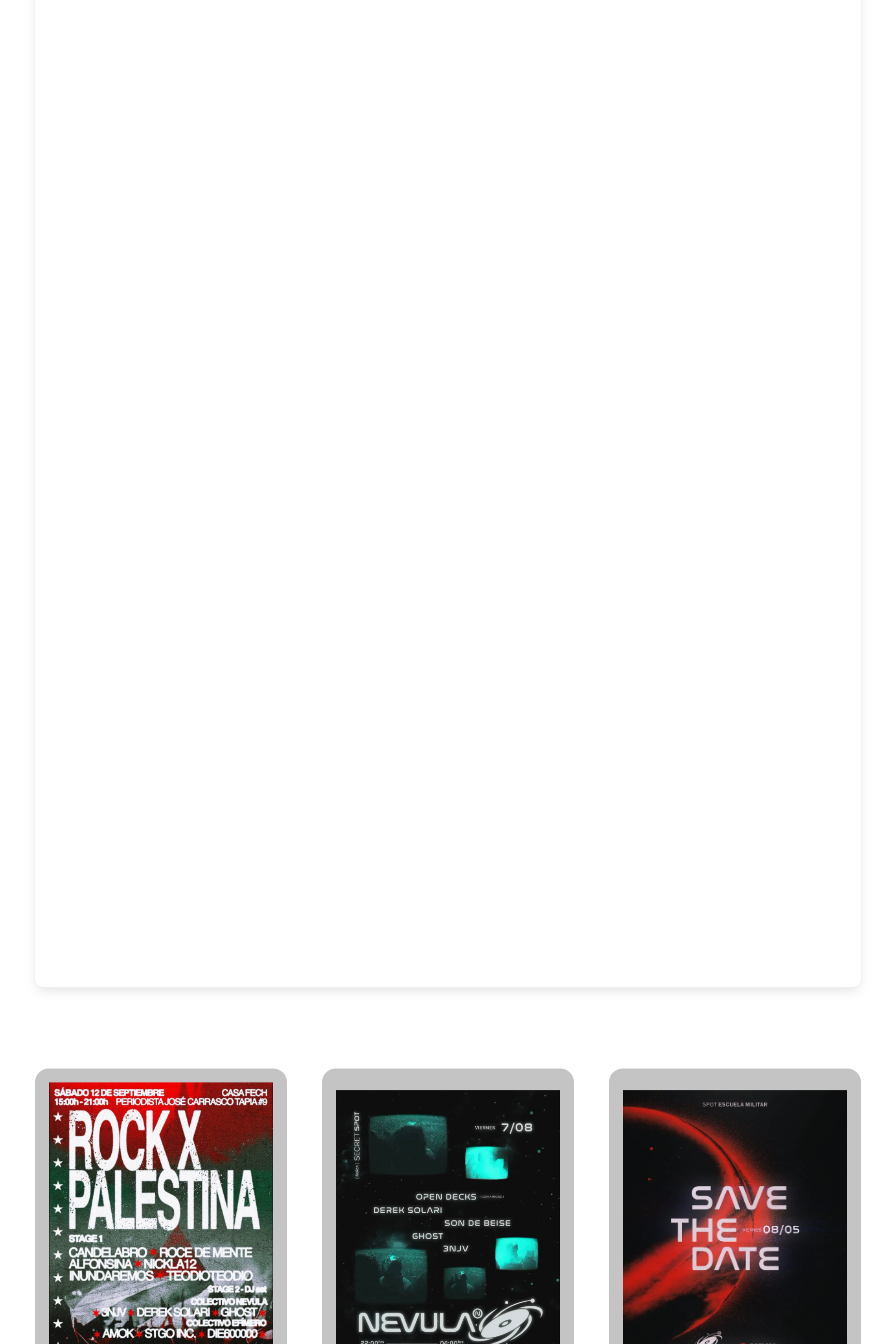
Repository: ChrisMalhue/PaginaNebula
Page: pages/eventos.html
These files come from the project's save history. The page is drawn as it stood at one moment and after a run of saves; the edit follows.
The browser window is 1280 px wide. The pictures show the part of the page from y = 376 to 2296 px (the page is 3323 px tall before and 2171 px after), at 70% of full size.
Pictures or frames that could not be fetched are drawn as grey boxes.

Above is the page before, as saved 2026-09-09 22:07:55.

### pages/eventos.html
<!DOCTYPE html>
<html lang="es">
<head>
    <meta charset="UTF-8">
    <meta name="viewport" content="width=device-width, initial-scale=1.0">
    <title>Eventos</title>
    <link rel="stylesheet" href="../styles/style.css">
    <link rel="stylesheet" href="https://cdn.jsdelivr.net/npm/bulma@1.0.4/css/bulma.min.css">
    <link rel="stylesheet" href="https://cdnjs.cloudflare.com/ajax/libs/font-awesome/6.5.1/css/all.min.css">
</head>
<body>
    <header id ="header"></header>

    <section id="trabajamos">

        <div class="trabajamos-item box mb-4">
                <p class="trabajamos-respuesta is-size-1 has-text-white">
                    En Nevula no improvisamos el viaje: cada evento parte con una órbita clara. Escuchamos tu idea, entendemos la energía que buscas y armamos el set pensando en tu público, no en una fórmula genérica. Llegamos con anticipación, probamos cada equipo y nos aseguramos de que todo esté listo para el despegue. Desde la primera conversación hasta el último track, trabajamos codo a codo contigo para que tu fiesta llegue nítida, potente y sin turbulencias.
                    <br>
                    <br>
                    Nuestro proceso es simple y directo:
                    <br>
                    <br>
                    1) Conocemos tu evento — hablamos contigo sobre el estilo, el público y la vibra que buscas.
                    <br>
                    2) Preparamos el set — seleccionamos música pensada exclusivamente para esa noche.
                    <br>
                    3) Llegamos antes — instalamos y probamos el equipo con tiempo de sobra.
                    <br>
                    4) Hacemos que la fiesta vuele — nos entregamos 100% para que la energía no baje hasta el final.
                </p>
        </div>
    </section>

    <section id="fotos">
        <div>
            <img src="/images/evento6.webp" alt="Evento 6">
            <p>Local: Casa FECH</p>
            <p>Estado: Programado</p>
            <a href="https://pro.byearly.com/"><button>Comprar ticket</button></a>
        </div>

        <div>
            <img src="/images/evento5.webp" alt="Evento 5">
            <p>Local: Secret Spot Ñuñoa</p>
            <p>Estado: Finalizado</p>
        </div>

        <div>
            <img src="/images/evento4.webp" alt="Evento 4">
            <p>Local: Spot Escuela Militar</p>
            <p>Estado: Finalizado</p>
        </div>

        <div>
            <img src="/images/evento3.webp" alt="Evento 3">
            <p>Local: Sala Mistral</p>
            <p>Estado: Finalizado</p>
        </div>

        <div>
            <img src="/images/evento2.webp" alt="Evento 2">
            <p>Local: Scrt Spot Providencia</p>
            <p>Estado: Finalizado</p>
        </div>

        <div>
            <img src="/images/evento1.webp" alt="Evento 1">
            <p>Local: Azotea Los Dominicos</p>
            <p>Estado: Finalizado</p>
        </div>
    </section>

        <section class="agregar box mt-4" id="agregar-evento">
        <div class="contenedor-agregar">

            <div class="campos-inputs">
                <div class="field">
                    <label class="label">Local del evento</label>
                    <div class="control">
                        <input class="input" type="text" id="local_evento" placeholder="Escribe aquí">
                    </div>
                </div>

                <div class="field">
                    <label class="label">Estado</label>
                    <div class="control">
                        <div class="select">
                            <select id="estado_evento">
                                <option value="Programado">Programado</option>
                                <option value="Finalizado">Finalizado</option>
                            </select>
                        </div>
                    </div>
                </div>

                <div class="field">
                    <label class="label">Imagen del evento</label>
                    <div class="control">
                        <input class="input" type="text" id="imagen_evento" placeholder="Pega el link aquí">
                    </div>
                </div>

                <div class="field">
                    <label class="label">Link para comprar entradas</label>
                    <div class="control">
                        <input class="input" type="text" id="link_evento" placeholder="Solo si está Programado">
                    </div>
                </div>
            </div>

            <div class="boton-contenedor">
                <button type="button" class="button is-primary" onclick="agregarEvento()">Agregar Evento</button>
            </div>

        </div>
    </section>
    <footer id="footer-container"></footer>
</body>
<script src="../scripts/script.js"></script>
</html>

### styles/style.css
@import "https://cdn.jsdelivr.net/npm/bulma@1.0.4/css/bulma.min.css";

.custom-navbar {
  /* Lienas encargadas del degradado */
  background: linear-gradient(to right, #000000 0%, #150036 40%, #1c004a 100%) !important;
  width: 100%;
  padding-right: 1.5rem;;
}

header{
  position: sticky;
  top: 0;
  z-index: 100; /* Esto es para que el header siempre quede al frente y no se bugee la pag al scrollear hacia abajo */
}

/* Forzar que las columnas de nebula ocupen todo el ancho */
.custom-navbar .container.columns {
  display: flex !important;
  width: 100%;
  max-width: 100% !important;   /* Esta linea salvo la pagina, estaba mal el header y con esto se centro bien*/
}

/* Seccion del logo a continuacion */

.logo-seccion {
  flex-shrink: 0; /* El shrink hace que el logo no se achique */
  margin-left: 40px;
}

.logo-texto {
  color: #ffffff !important;
  font-size: 1.3rem;
  font-weight: bold;
  display: flex;
  align-items: center;
  gap: 10px;
}

.andlogo{
  width: 80px;
  border-radius: 500px;
}

.menu-seccion {
  display: flex !important;
  justify-content: center !important;
  align-items: center !important;
  flex-grow: 1; /* Esto hace que ocupe todo el espacio entre los links */
  gap: 30px;    /* esto es para el espacio horizontal */
}

.nav-link {
  color: #ffffff !important;
  text-decoration: none;
  font-size: 0.95rem;
  font-weight: 500;
  padding: 5px 0;
  transition: color 0.3s ease;
  white-space: nowrap; /* esto evita que lo largo se separe en 2 lineas */
}

/* Body comienza aqui abajo*/

/* Contenedor, video y texto*/

/* Contenedor: centrado vertical en vez de flex-start, se ve más equilibrado */
.contenedor{
  display: flex;
  align-items: center;
  min-height: 800px;
  gap: 40px;
  padding-top: 60px;
  padding-bottom: 60px;
  background: linear-gradient(to bottom, #000000 0%, #1c004a 35%, #1b0036 70%, #690046 100%) !important;
}

/* Vídeo */
.video-box{
  background-size: cover;
  background-position: center;
  width: 50%;
  height: 700px;
  margin-left: 40px;
  border-radius: 90px;
}

/* Texto alineado a la izquierda, con ancho máximo para que no se disperse */
.texto-box{
  display: flex;
  align-items: flex-start;
  flex-direction: column;
  gap: 24px;
  max-width: 550px;
  padding-right: 40px;
}

/* Título Nevula */
.texto-box h1{
  color: #ffffff;
  font-weight: 700;
  font-size: clamp(2.5rem, 5vw, 4rem);
  letter-spacing: 4px;
  text-transform: uppercase;
  margin: 0;
}

/* Primer párrafo */
.texto-box p {
  color: rgba(255, 255, 255, 0.75);
  font-size: 1.05rem;
  line-height: 1.7;
  margin: 0;
}

/* Segundo párrafo */
.texto-box p:last-of-type {
  color: #ffffff;
  font-weight: 600;
  font-size: 1.15rem;
}

/* Elegirnos */
#elegirnos h2{
  text-align: center;
  margin-top: 20px;
  color: #020202;
  font-weight: 700;
  font-size: clamp(2.5rem, 5vw, 4rem);
  letter-spacing: 4px;
  text-transform: uppercase;
}

#elegirnos-grid{
  display: grid;
  flex-wrap: wrap;
  grid-template-columns: 1fr 1fr 1fr;
  column-gap: 50px;
  row-gap: 50px;
  margin: 50px;
}

#elegirnos-grid img{
  width: 130px;
}

#elegirnos-grid div{
  display: flex;
  flex-direction: column;
  justify-content: space-around;
  align-items: center;
  background-color: #3636364b;
  border-radius: 20px;
  padding: 20px;
}

/* Historial de Eventos */
#fotos{
  display: grid;
  flex-wrap: wrap;
  grid-template-columns: 1fr 1fr 1fr;
  column-gap: 50px;
  row-gap: 50px;
  margin: 50px;
}

#fotos div{
  display: flex;
  flex-direction: column;
  justify-content: space-around;
  align-items: center;
  background-color: #3636364b;
  border-radius: 20px;
  padding: 20px;
}

#fotos div:hover{
  color: white;
  background-color: #240049ab;
  transition: 0.3s;
}

#fotos div button{
  background-color: #300020;
  padding: 10px;
  border-radius: 20px;
}

#fotos div button:hover{
  background-color: #5c003d;
  transition: 0.3s;
}

.trabajamos-item{
  width: 1500px;
}

#trabajamos{
  display: flex;
  align-items: center;
  justify-content: center;
  padding: 50px;
}

.trabajamos-respuesta{
  text-align: justify;
}

/* CSS de footer */
.footer{
  padding: 40px 20px;
}

.andlogo{
  max-width: 120px;
  height: auto;
}

.gap-2{
  gap: 8px;
}

.gap-3{
  gap: 16px;
}

/* Media queries */
@media screen and (max-width: 768px) {
.footer .columns {
  flex-direction: column;
  align-items: center;
  text-align: center;
}



.footer .column {
  margin-left: 0 !important;
  margin-bottom: 1.5rem;
  width: 100%;
}



.footer .is-flex {
  justify-content: center !important;
}

}

### scripts/script.js
// Header

function inyectarHeader(){

    document.getElementById("header").innerHTML = `
    <nav class="custom-navbar py-3">
        <div class="container columns is-vcentered is-mobile m-0">

            <!-- Sección 1: Logotipo (Izquierda) -->
            <section class="column is-narrow p-0 logo-seccion">
                <h1 class="logo-texto">
                  <a href="/index.html">
                    <img class="andlogo" src="/images/logo.webp">
                  </a>
                </h1>
            </section>

            <!-- Sección 2: Enlaces (Centro) -->
            <section class="column is-flex is-justify-content-center p-0 menu-seccion">
                <a class="nav-link is-active" href="../index.html">Home</a>
                <a class="nav-link" href="../index.html#quienes">Quienes somos</a>
                <a class="nav-link" href="../index.html#elegirnos">Por que elegirnos</a>
                <a class="nav-link" href="../pages/eventos.html#trabajamos">Como trabajamos</a>
                <a class="nav-link" href="../pages/eventos.html#fotos">Galeria de eventos</a>
                <a class="nav-link" href="../pages/faqcotiza.html#faq">FAQ</a>
                <a class="nav-link" href="../pages/faqcotiza.html#cotizacion">Cotizacion</a>
            </section>

            <section class="sin_cuenta">
              <a class="nav-link" href="../pages/inicio_secion.html">Iniciar sesion</a>
            </section>

            <section class="con_cuenta">
              <button onclick="cerrarSesion()">Cerrar sesion</button>
            </section>


        </div>
    </nav>`;

    // Aqui vemos si hay alguna sesion creada para despues mosrtar el boton que toque
    const estaLogueado = localStorage.getItem("logueado") === "true";
    const sinCuenta = document.querySelector(".sin_cuenta");
    const conCuenta = document.querySelector(".con_cuenta");

    if (estaLogueado) {
        sinCuenta.style.display = "none";
        conCuenta.style.display = "flex";
    } else {
        sinCuenta.style.display = "flex";
        conCuenta.style.display = "none";
    }

}

// Funciones medias

function recibirDatos(event) {
    event.preventDefault(); // Evita que la página se recargue y se pierda la información

    // Muestra el cuadro nativo con tu mensaje personalizado
    alert("Recibimos tu solicitud, te contactaremos en breve.");

    // Deja todos los campos del formulario completamente vacíos
    event.target.reset();
}

function recibirDatosLogin(event) {
    event.preventDefault();

    const usuarioValido = "admin";
    const contrasenaValida = "1234";

    const form = event.target;
    const usuarioIngresado = document.getElementById("usuario").value;
    const contrasenaIngresada = document.getElementById("contrasena").value;

    if (usuarioIngresado === usuarioValido && contrasenaIngresada === contrasenaValida) {
        localStorage.setItem("logueado", "true");
        window.location.href = "../index.html";
    } else {
        alert("Usuario o contraseña incorrecto");
    }
}

function cerrarSesion() {
    localStorage.removeItem("logueado");
    window.location.href = "../index.html";
}

// Footer

function inyectaFooter(){

  const footerHTML = `
    <footer class="footer has-background-black has-text-white">
    <div class="columns is-vcentered is-justify-content-space-between">
      <div class="column is-narrow">
        <a href="/index.html">
          <img class="andlogo" src="/images/logo.webp">
        </a>
      </div>
      <div class="column is-narrow ml-6">
        <p class="title is-5">¿Necesitas ayuda?</p>
        <br>
        <p class="subtitle is-6"><a class="has-text-current" href="/pages/eventos.html">Como trabajamos</a></p>
        <p class="subtitle is-6"><a class="has-text-current" href="/pages/faqcotiza.html">Preguntas Frecuentes</a></p>
      </div>

      <div class="column is-flex is-justify-content-flex-end">
        <div class="is-flex is-flex-direction-column gap-2">
          <span class="icon-text">
            <span class="icon"><i class="fa-solid fa-house"></i></span>
            <span>Av. Alguna Parte</span>
          </span>
          <span class="icon-text">
            <span class="icon"><i class="fa-solid fa-phone"></i></span>
            <span>+56911111111</span>
          </span>
          <span class="icon-text">
            <span class="icon"><i class="fa-solid fa-envelope"></i></span>
            <span>correo@gmail.com</span>
          </span>
        </div>
      </div>
      <div class="column is-flex is-justify-content-flex-end">
        <div class="is-flex is-flex-direction-row is-align-items-center gap-3">
          <a href="https://www.instagram.com/nevula.scl/" target="_blank">
            <figure class="image is-48x48">
              <img class="is-rounded" src="https://encrypted-tbn0.gstatic.com/images?q=tbn:ANd9GcR8HUwsS-_LkMQoYL66F7AUH5X4HwhDjzCNMg-_jlvPxQ&s=10" />
            </figure>
          </a>
          <a href="https://www.youtube.com/channel/UCa-jOKgfq2FLccvHXteRdpQ" target="_blank">
            <figure class="image is-48x48">
              <img class="is-rounded" src="https://www.icosix.com/uploads/icons/2025/09/youtube.png" />
            </figure>
          </a>
        </div>
      </div>
    </div>
  </footer>`;

  const container = document.getElementById('footer-container');
  if (container) {
    container.innerHTML = footerHTML;
  }
}

// Funcion de eventos

function agregarEvento() {

    const local = document.getElementById("local_evento").value;
    const estado = document.getElementById("estado_evento").value;
    const imagen = document.getElementById("imagen_evento").value;
    const link = document.getElementById("link_evento").value;

    // Validacion de campos vacios
    if (!local || !imagen) {
        alert("Por favor completa el local y la imagen del evento.");
        return;
    }

    if (estado === "Programado" && !link) {
        alert("Los eventos Programados necesitan un link para comprar entradas.");
        return;
    }

    const contenedorFotos = document.getElementById("fotos");

    // Parecido al trabajo de cartas, se crea el contenedor
    const nuevoEvento = document.createElement("div");

    // el boton de comrpa se muestra solo si el estado agregado es programado
    const botonHTML = estado === "Programado"
        ? `<a href="${link}" target="_blank"><button>Comprar ticket</button></a>`
        : "";

    nuevoEvento.innerHTML = `
        <img src="${imagen}" alt="${local}">
        <p>Local: ${local}</p>
        <p>Estado: ${estado}</p>
        ${botonHTML}
    `;

    contenedorFotos.prepend(nuevoEvento);

    // Limpiamos el formulario
    document.getElementById("local_evento").value = "";
    document.getElementById("imagen_evento").value = "";
    document.getElementById("link_evento").value = "";
}

function controlarVistaAdmin() {
    const estaLogueado = localStorage.getItem("logueado") === "true";
    const seccionAgregar = document.getElementById("agregar-evento");

    if (seccionAgregar) {
        seccionAgregar.style.display = estaLogueado ? "block" : "none";
    }
}

inyectaFooter();
inyectarHeader();
controlarVistaAdmin();

After the next 2 saves:
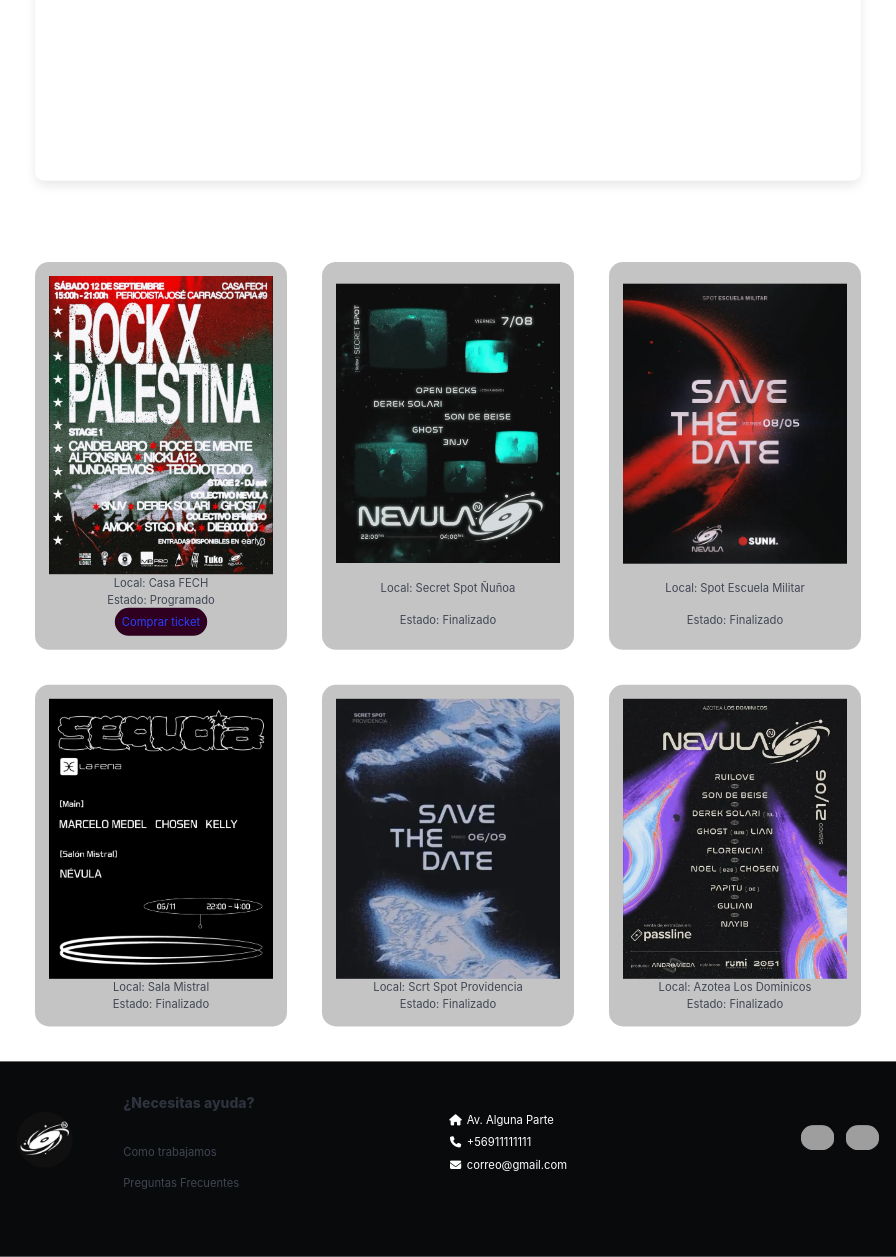
The 2 saves are shown as one change because they came seconds apart.
The last was saved 6 s later.
--- a/pages/eventos.html
+++ b/pages/eventos.html
@@ -14,7 +14,7 @@
     <section id="trabajamos">
 
         <div class="trabajamos-item box mb-4">
-                <p class="trabajamos-respuesta is-size-1 has-text-white">
+                <p class="trabajamos-respuesta is-size-4 has-text-white">
                     En Nevula no improvisamos el viaje: cada evento parte con una órbita clara. Escuchamos tu idea, entendemos la energía que buscas y armamos el set pensando en tu público, no en una fórmula genérica. Llegamos con anticipación, probamos cada equipo y nos aseguramos de que todo esté listo para el despegue. Desde la primera conversación hasta el último track, trabajamos codo a codo contigo para que tu fiesta llegue nítida, potente y sin turbulencias.
                     <br>
                     <br>
